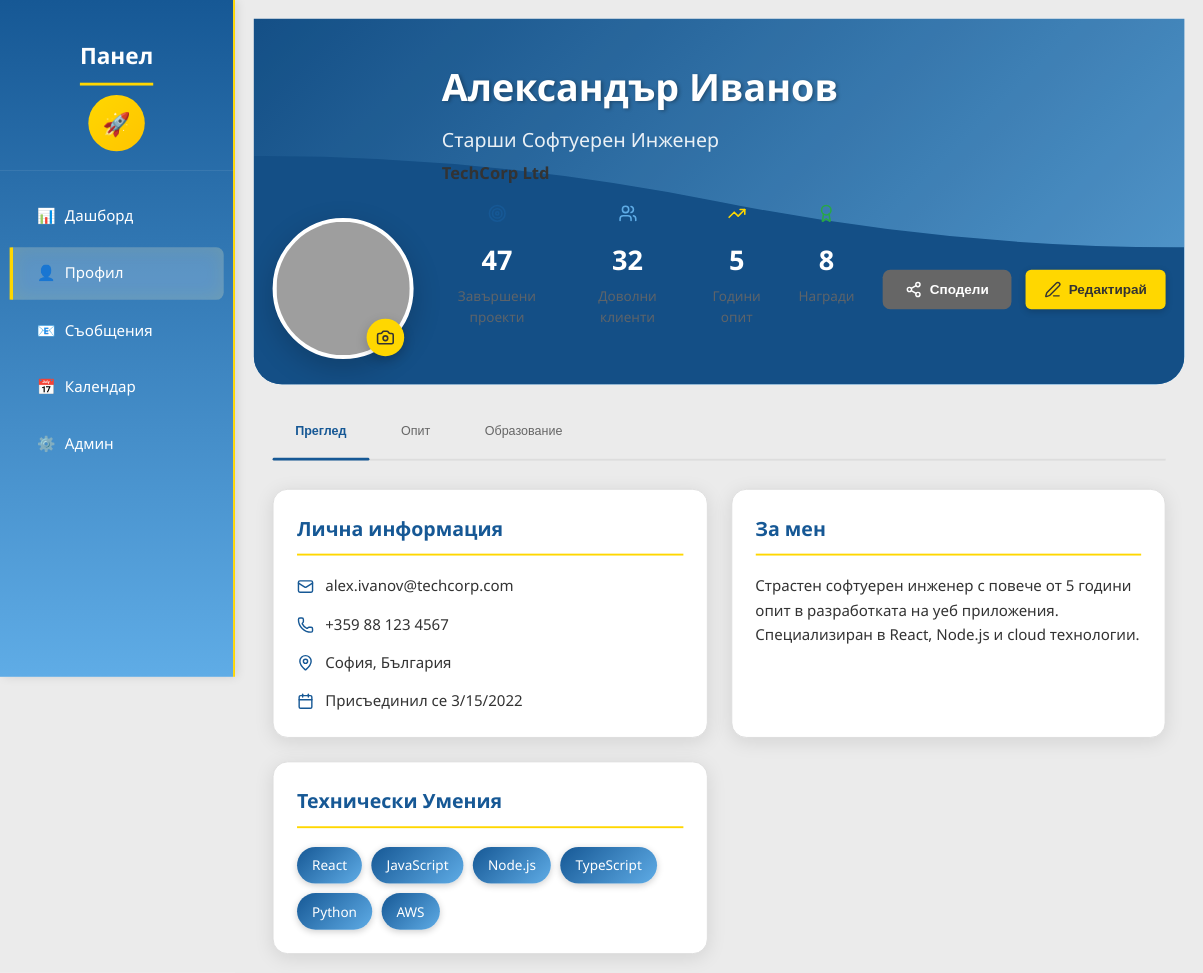
Repository: BorisSavianov/doxa-frontend
Page: /profile
An editor plug-in stored every save of this project. The page is shown before and after the next save, followed by the edit.
The browser window is 1280 px wide. The pictures show the whole page, at 94% of full size.
Pictures or frames that could not be fetched are drawn as grey boxes. The project was rebuilt for these pictures with package versions that can differ from the ones it lists, and the page was loaded fresh each time. Also part of the build but not shown: vite.config.js, src/components/Layout/Header.jsx, src/components/Charts/SimpleChart.jsx, src/pages/Dashboard.jsx, src/pages/Inbox.css, src/pages/Inbox.jsx, src/pages/Calendar.jsx, src/pages/Admin.jsx.

Above is the page before, as saved 2025-10-24 13:32:33.

### index.html
<!doctype html>
<html lang="en">
  <head>
    <meta charset="UTF-8" />
    <link rel="icon" type="image/svg+xml" href="/vite.svg" />
    <meta name="viewport" content="width=device-width, initial-scale=1.0" />
    <title>vtu</title>
  </head>
  <body>
    <div id="root"></div>
    <script type="module" src="/src/main.jsx"></script>
  </body>
</html>

### src/main.jsx
import React from 'react'
import ReactDOM from 'react-dom/client'
import { createBrowserRouter, RouterProvider } from 'react-router-dom'
import { ThemeProvider } from './contexts/ThemeContext'
import { LanguageProvider } from './contexts/LanguageContext'
import Layout from './components/Layout/Layout'
import Dashboard from './pages/Dashboard'
import Profile from './pages/Profile'
import Inbox from './pages/Inbox'
import Calendar from './pages/Calendar'
import Admin from './pages/Admin'
import './index.css'

const router = createBrowserRouter([
  {
    path: "/",
    element: <Layout />,
    children: [
      {
        index: true,
        element: <Dashboard />,
      },
      {
        path: "dashboard",
        element: <Dashboard />,
      },
      {
        path: "profile",
        element: <Profile />,
      },
      {
        path: "inbox",
        element: <Inbox />,
      },
      {
        path: "calendar",
        element: <Calendar />,
      },
      {
        path: "admin",
        element: <Admin />,
      },
    ],
  },
], {
  future: {
    v7_startTransition: true,
    v7_relativeSplatPath: true,
  },
});

function App() {
  return (
    <ThemeProvider>
      <LanguageProvider>
        <RouterProvider router={router} />
      </LanguageProvider>
    </ThemeProvider>
  )
}

ReactDOM.createRoot(document.getElementById('root')).render(
  <React.StrictMode>
    <App />
  </React.StrictMode>,
)

### src/components/Layout/Layout.jsx
import React from 'react'
import { Outlet } from 'react-router-dom'
import { useTheme } from '../../contexts/ThemeContext'
import Header from './Header'
import Sidebar from './Sidebar'
import '../../styles/globals.css'

const Layout = () => {
  const { isDark } = useTheme()

  return (
    <div className={`app ${isDark ? 'dark' : 'light'}`}>
      <Sidebar />
      <div className="main-content">

        <Outlet />
      </div>
    </div>
  )
}

export default Layout

### src/pages/Profile.jsx
import React, { useState, useRef } from 'react'
import { useLanguage } from '../contexts/LanguageContext'
import { motion, AnimatePresence } from 'framer-motion'
import {
  Edit3,
  Camera,
  Mail,
  Phone,
  MapPin,
  Calendar,
  Award,
  Book,
  Briefcase,
  Users,
  Download,
  Share2,
  Star,
  TrendingUp,
  Target
} from 'lucide-react'
import './Profile.css'

const Profile = () => {
  const { t } = useLanguage()
  const fileInputRef = useRef(null)

  const [isEditing, setIsEditing] = useState(false)
  const [profile, setProfile] = useState({
    firstName: 'Александър',
    lastName: 'Иванов',
    position: t('Старши Софтуерен Инженер', 'Senior Software Engineer'),
    company: 'TechCorp Ltd',
    university: t('Софийски Университет "Св. Климент Охридски"', 'Sofia University "St. Kliment Ohridski"'),
    degree: t('Магистър по Компютърни Науки', 'Master of Computer Science'),
    email: 'alex.ivanov@techcorp.com',
    phone: '+359 88 123 4567',
    location: t('София, България', 'Sofia, Bulgaria'),
    joinDate: '2022-03-15',
    bio: t('Страстен софтуерен инженер с повече от 5 години опит в разработката на уеб приложения. Специализиран в React, Node.js и cloud технологии.', 'Passionate software engineer with over 5 years of experience in web application development. Specialized in React, Node.js and cloud technologies.'),
    skills: ['React', 'JavaScript', 'Node.js', 'TypeScript', 'Python', 'AWS'],
    interests: [t('Програмиране', 'Coding'), t('Планински туризъм', 'Hiking'), t('Фотография', 'Photography'), t('Четене', 'Reading')]
  })

  const [stats, setStats] = useState([
    { label: t('Завършени проекти', 'Completed Projects'), value: 47, icon: Target, color: '#165895' },
    { label: t('Доволни клиенти', 'Happy Clients'), value: 32, icon: Users, color: '#5FACE6' },
    { label: t('Години опит', 'Years Experience'), value: 5, icon: TrendingUp, color: '#FFD700' },
    { label: t('Награди', 'Awards'), value: 8, icon: Award, color: '#28a745' }
  ])

  const [activeTab, setActiveTab] = useState('overview')

  const handleImageUpload = (event) => {
    const file = event.target.files[0]
    if (file) {
      const reader = new FileReader()
      reader.onload = (e) => {
        // В реално приложение тук ще качим снимката на сървъра
        console.log('Image uploaded:', e.target.result)
        alert(t('Профилната снимка е обновена!', 'Profile picture updated!'))
      }
      reader.readAsDataURL(file)
    }
  }

  const handleSave = () => {
    setIsEditing(false)
    // Тук ще изпратим данните към сървъра
    alert(t('Профилът е запазен успешно!', 'Profile saved successfully!'))
  }

  const triggerFileInput = () => {
    fileInputRef.current?.click()
  }

  const tabs = [
    { id: 'overview', label: t('Преглед', 'Overview') },
    { id: 'experience', label: t('Опит', 'Experience') },
    { id: 'education', label: t('Образование', 'Education') },

  ]

  const experiences = [
    {
      id: 1,
      position: t('Старши Софтуерен Инженер', 'Senior Software Engineer'),
      company: 'TechCorp Ltd',
      period: t('Март 2022 - Настояще', 'Mar 2022 - Present'),
      description: t('Ръководство на екип от разработчици, проектиране на архитектура, внедряване на best practices.', 'Leading a team of developers, designing architecture, implementing best practices.')
    },
    {
      id: 2,
      position: t('Софтуерен Инженер', 'Software Engineer'),
      company: 'WebSolutions EOOD',
      period: t('Януари 2020 - Февруари 2022', 'Jan 2020 - Feb 2022'),
      description: t('Разработка на уеб приложения, работа с клиенти, оптимизация на производителност.', 'Web application development, client work, performance optimization.')
    },
    {
      id: 3,
      position: t('Джуниър Разработчик', 'Junior Developer'),
      company: 'StartUp BG',
      period: t('Юни 2018 - Декември 2019', 'Jun 2018 - Dec 2019'),
      description: t('Участие в разработката на MVP проекти, обучение и усъвършенстване на умения.', 'Participated in MVP project development, training and skill improvement.')
    }
  ]

  const education = [
    {
      id: 1,
      degree: t('Магистър по Компютърни Науки', 'Master of Computer Science'),
      university: t('Софийски Университет', 'Sofia University'),
      period: '2019-2021',
      grade: t('Отличен 6.00', 'Excellent 6.00')
    },
    {
      id: 2,
      degree: t('Бакалавър по Информатика', 'Bachelor of Informatics'),
      university: t('Софийски Университет', 'Sofia University'),
      period: '2015-2019',
      grade: t('Много Добър 5.50', 'Very Good 5.50')
    }
  ]

  return (
    <div className="profile-page">
      {/* Profile Header */}
      <motion.div
        className="profile-header"
        initial={{ y: -50, opacity: 0 }}
        animate={{ y: 0, opacity: 1 }}
        transition={{ duration: 0.6 }}
      >
        <div className="profile-background">
          <div className="background-overlay"></div>
        </div>

        <div className="profile-info">
          <div className="avatar-section">
            <div className="avatar-container">
              <img
                src="/api/placeholder/150/150"
                alt="Profile"
                className="profile-avatar"
              />
              <motion.button
                className="avatar-edit-btn"
                onClick={triggerFileInput}
                whileHover={{ scale: 1.1 }}
                whileTap={{ scale: 0.9 }}
              >
                <Camera size={20} />
              </motion.button>
              <input
                type="file"
                ref={fileInputRef}
                onChange={handleImageUpload}
                accept="image/*"
                style={{ display: 'none' }}
              />
            </div>

            <div className="profile-main-info">
              <h1>{profile.firstName} {profile.lastName}</h1>
              <p className="position">{profile.position}</p>
              <p className="company">{profile.company}</p>

              <div className="profile-stats">
                {stats.map((stat, index) => (
                  <motion.div
                    key={stat.label}
                    className="stat-item"
                    initial={{ scale: 0 }}
                    animate={{ scale: 1 }}
                    transition={{ delay: index * 0.1 }}
                  >
                    <stat.icon size={20} color={stat.color} />
                    <div className="stat-value">{stat.value}</div>
                    <div className="stat-label">{stat.label}</div>
                  </motion.div>
                ))}
              </div>
            </div>
          </div>

          <div className="profile-actions">
            <motion.button
              className="btn btn-secondary"
              whileHover={{ scale: 1.05 }}
              whileTap={{ scale: 0.95 }}
            >
              <Share2 size={18} />
              {t('Сподели', 'Share')}
            </motion.button>

            <motion.button
              className="btn btn-primary edit-btn"
              onClick={() => setIsEditing(!isEditing)}
              whileHover={{ scale: 1.05 }}
              whileTap={{ scale: 0.95 }}
            >
              <Edit3 size={18} />
              {isEditing ? t('Запази', 'Save') : t('Редактирай', 'Edit')}
            </motion.button>
          </div>
        </div>
      </motion.div>

      <div className="profile-content">
        {/* Navigation Tabs */}
        <motion.div
          className="profile-tabs"
          initial={{ x: -50, opacity: 0 }}
          animate={{ x: 0, opacity: 1 }}
          transition={{ delay: 0.2 }}
        >
          {tabs.map(tab => (
            <button
              key={tab.id}
              className={`tab-btn ${activeTab === tab.id ? 'active' : ''}`}
              onClick={() => setActiveTab(tab.id)}
            >
              {tab.label}
            </button>
          ))}
        </motion.div>

        {/* Tab Content */}
        <div className="tab-content">
          <AnimatePresence mode="wait">
            {activeTab === 'overview' && (
              <motion.div
                key="overview"
                initial={{ opacity: 0, y: 20 }}
                animate={{ opacity: 1, y: 0 }}
                exit={{ opacity: 0, y: -20 }}
                transition={{ duration: 0.3 }}
                className="overview-content"
              >
                <div className="grid-layout">
                  {/* Personal Info Card */}
                  <div className="info-card">
                    <h3>{t('Лична информация', 'Personal Information')}</h3>
                    <div className="info-list">
                      <div className="info-item">
                        <Mail size={18} />
                        <span>{profile.email}</span>
                      </div>
                      <div className="info-item">
                        <Phone size={18} />
                        <span>{profile.phone}</span>
                      </div>
                      <div className="info-item">
                        <MapPin size={18} />
                        <span>{profile.location}</span>
                      </div>
                      <div className="info-item">
                        <Calendar size={18} />
                        <span>{t('Присъединил се', 'Joined')} {new Date(profile.joinDate).toLocaleDateString()}</span>
                      </div>
                    </div>
                  </div>

                  {/* Bio Card */}
                  <div className="info-card">
                    <h3>{t('За мен', 'About Me')}</h3>
                    <p className="bio-text">{profile.bio}</p>
                  </div>

                  {/* Skills Card */}
                  <div className="info-card">
                    <h3>{t('Технически Умения', 'Technical Skills')}</h3>
                    <div className="skills-grid">
                      {profile.skills.map((skill, index) => (
                        <motion.span
                          key={skill}
                          className="skill-tag"
                          initial={{ scale: 0 }}
                          animate={{ scale: 1 }}
                          transition={{ delay: index * 0.1 }}
                        >
                          {skill}
                        </motion.span>
                      ))}
                    </div>
                  </div>

                  {/* Interests Card */}

                </div>
              </motion.div>
            )}

            {activeTab === 'experience' && (
              <motion.div
                key="experience"
                initial={{ opacity: 0, y: 20 }}
                animate={{ opacity: 1, y: 0 }}
                exit={{ opacity: 0, y: -20 }}
                transition={{ duration: 0.3 }}
                className="experience-content"
              >
                <div className="timeline">
                  {experiences.map((exp, index) => (
                    <motion.div
                      key={exp.id}
                      className="timeline-item"
                      initial={{ opacity: 0, x: -50 }}
                      animate={{ opacity: 1, x: 0 }}
                      transition={{ delay: index * 0.1 }}
                    >
                      <div className="timeline-marker">
                        <Briefcase size={20} />
                      </div>
                      <div className="timeline-content">
                        <h4>{exp.position}</h4>
                        <div className="company-period">
                          <span className="company">{exp.company}</span>
                          <span className="period">{exp.period}</span>
                        </div>
                        <p className="description">{exp.description}</p>
                      </div>
                    </motion.div>
                  ))}
                </div>
              </motion.div>
            )}

            {activeTab === 'education' && (
              <motion.div
                key="education"
                initial={{ opacity: 0, y: 20 }}
                animate={{ opacity: 1, y: 0 }}
                exit={{ opacity: 0, y: -20 }}
                transition={{ duration: 0.3 }}
                className="education-content"
              >
                <div className="education-list">
                  {education.map((edu, index) => (
                    <motion.div
                      key={edu.id}
                      className="education-item"
                      initial={{ opacity: 0, x: 50 }}
                      animate={{ opacity: 1, x: 0 }}
                      transition={{ delay: index * 0.1 }}
                    >
                      <div className="edu-icon">
                        <Book size={24} />
                      </div>
                      <div className="edu-details">
                        <h4>{edu.degree}</h4>
                        <div className="edu-meta">
                          <span className="university">{edu.university}</span>
                          <span className="period">{edu.period}</span>
                          <span className="grade">{edu.grade}</span>
                        </div>
                      </div>
                    </motion.div>
                  ))}
                </div>
              </motion.div>
            )}

            {activeTab === 'skills' && (
              <motion.div
                key="skills"
                initial={{ opacity: 0, y: 20 }}
                animate={{ opacity: 1, y: 0 }}
                exit={{ opacity: 0, y: -20 }}
                transition={{ duration: 0.3 }}
                className="skills-content"
              >
                <div className="skills-categories">
                  <div className="skill-category">
                    <h4>{t('Frontend', 'Frontend')}</h4>
                    <div className="skill-levels">
                      {['React', 'JavaScript', 'TypeScript', 'HTML/CSS'].map(skill => (
                        <div key={skill} className="skill-level">
                          <span className="skill-name">{skill}</span>
                          <div className="level-bar">
                            <div
                              className="level-fill"
                              style={{ width: `${Math.random() * 50 + 50}%` }}
                            ></div>
                          </div>
                        </div>
                      ))}
                    </div>
                  </div>

                  <div className="skill-category">
                    <h4>{t('Backend', 'Backend')}</h4>
                    <div className="skill-levels">
                      {['Node.js', 'Python', 'SQL', 'MongoDB'].map(skill => (
                        <div key={skill} className="skill-level">
                          <span className="skill-name">{skill}</span>
                          <div className="level-bar">
                            <div
                              className="level-fill"
                              style={{ width: `${Math.random() * 50 + 50}%` }}
                            ></div>
                          </div>
                        </div>
                      ))}
                    </div>
                  </div>
                </div>
              </motion.div>
            )}
          </AnimatePresence>
        </div>
      </div>

      {/* Edit Modal */}
      <AnimatePresence>
        {isEditing && (
          <motion.div
            className="edit-modal-overlay"
            initial={{ opacity: 0 }}
            animate={{ opacity: 1 }}
            exit={{ opacity: 0 }}
            onClick={() => setIsEditing(false)}
          >
            <motion.div
              className="edit-modal"
              initial={{ scale: 0.8, opacity: 0 }}
              animate={{ scale: 1, opacity: 1 }}
              exit={{ scale: 0.8, opacity: 0 }}
              onClick={(e) => e.stopPropagation()}
            >
              <div className="modal-header">
                <h3>{t('Редактиране на профил', 'Edit Profile')}</h3>
                <button className="close-btn" onClick={() => setIsEditing(false)}>×</button>
              </div>

              <div className="modal-body">
                <div className="form-grid">
                  <div className="form-group">
                    <label>{t('Име', 'First Name')}</label>
                    <input
                      type="text"
                      value={profile.firstName}
                      onChange={(e) => setProfile({...profile, firstName: e.target.value})}
                      className="form-input"
                    />
                  </div>

                  <div className="form-group">
                    <label>{t('Фамилия', 'Last Name')}</label>
                    <input
                      type="text"
                      value={profile.lastName}
                      onChange={(e) => setProfile({...profile, lastName: e.target.value})}
                      className="form-input"
                    />
                  </div>

                  <div className="form-group full-width">
                    <label>{t('Длъжност', 'Position')}</label>
                    <input
                      type="text"
                      value={profile.position}
                      onChange={(e) => setProfile({...profile, position: e.target.value})}
                      className="form-input"
                    />
                  </div>

                  <div className="form-group full-width">
                    <label>{t('Университет', 'University')}</label>
                    <input
                      type="text"
                      value={profile.university}
                      onChange={(e) => setProfile({...profile, university: e.target.value})}
                      className="form-input"
                    />
                  </div>

                  <div className="form-group full-width">
                    <label>{t('Биография', 'Bio')}</label>
                    <textarea
                      value={profile.bio}
                      onChange={(e) => setProfile({...profile, bio: e.target.value})}
                      className="form-textarea"
                      rows="4"
                    />
                  </div>
                </div>
              </div>

              <div className="modal-footer">
                <button className="btn btn-secondary" onClick={() => setIsEditing(false)}>
                  {t('Отказ', 'Cancel')}
                </button>
                <button className="btn btn-primary" onClick={handleSave}>
                  {t('Запази', 'Save')}
                </button>
              </div>
            </motion.div>
          </motion.div>
        )}
      </AnimatePresence>
    </div>
  )
}

export default Profile

### src/index.css
:root {
  font-family: Inter, system-ui, Avenir, Helvetica, Arial, sans-serif;
  line-height: 1.5;
  font-weight: 400;
}

body {
  margin: 0;
  display: flex;
  place-items: center;
  min-width: 320px;
  min-height: 100vh;
}

#root {
  width: 100%;
  margin: 0 auto;
}

Loaded but not shown: src/contexts/ThemeContext.js (31 lines, source omitted); src/hooks/useLocalStorage.js (24 lines, source omitted); src/pages/Profile.css (672 lines, source omitted); src/pages/Calendar.css (427 lines, source omitted); src/styles/globals.css (337 lines, source omitted); src/components/Layout/Sidebar.jsx (56 lines, source omitted); src/contexts/LanguageContext.jsx (67 lines, source omitted)

After the next save:
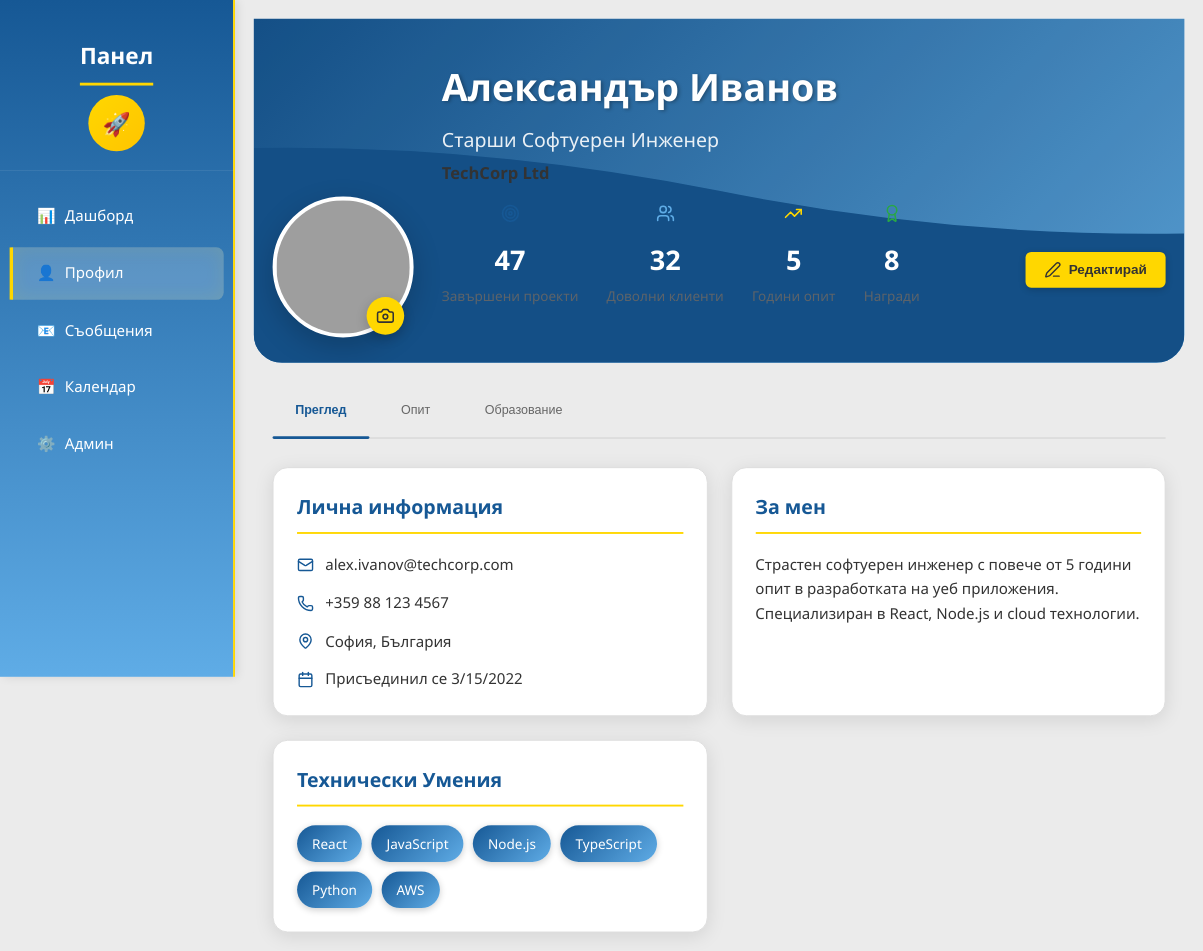
Saved 14 s later.
--- a/src/pages/Profile.jsx
+++ b/src/pages/Profile.jsx
@@ -183,14 +183,7 @@ const Profile = () => {
           </div>
 
           <div className="profile-actions">
-            <motion.button
-              className="btn btn-secondary"
-              whileHover={{ scale: 1.05 }}
-              whileTap={{ scale: 0.95 }}
-            >
-              <Share2 size={18} />
-              {t('Сподели', 'Share')}
-            </motion.button>
+
 
             <motion.button
               className="btn btn-primary edit-btn"
